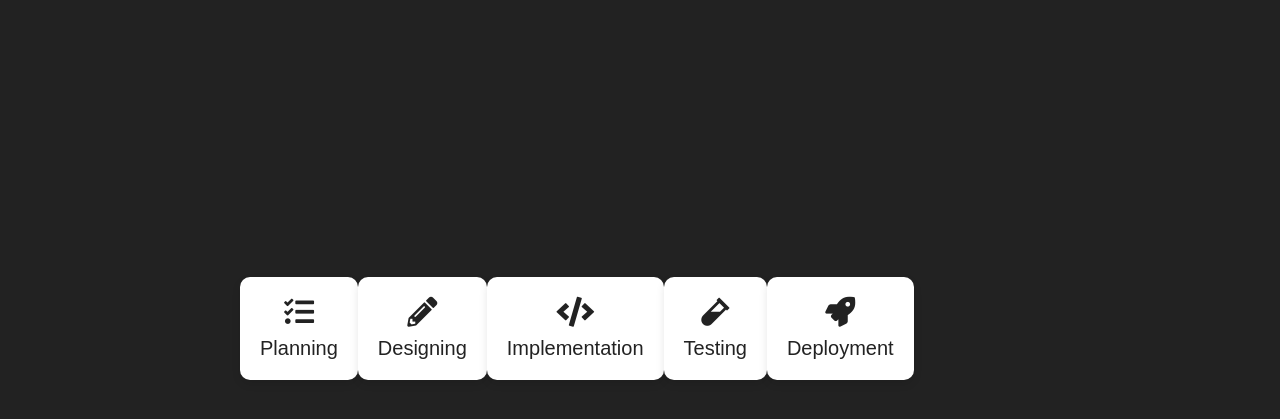
Repository: itsquadian/IT-SQUADIAN
Page: try.html
These files come from the project's save history. The page is drawn as it stood at one moment and after the next save; the edit follows.
The browser window is 1280 px wide. The pictures show the whole page.

Above is the page before, as saved 2024-04-13 20:19:21.

### try.html
<!DOCTYPE html>
<html lang="en">
<head>
<meta charset="UTF-8">
<meta name="viewport" content="width=device-width, initial-scale=1.0">
<title>Road Animation</title>
<link rel="stylesheet" href="https://cdnjs.cloudflare.com/ajax/libs/font-awesome/5.15.4/css/all.min.css">
<style>
    body {
        margin: 0;
        padding: 0;
        overflow: hidden;
        background-color: #222;
        color: #fff;
        font-family: Arial, sans-serif;
    }

    .road-container {
        position: relative;
        width: 100%;
        height: 400px;
        overflow: hidden;
        display: flex;
        align-items: center;
        justify-content: center;
    }

    .road-svg {
        width: 100%;
        height: auto;
    }

    .road-path {
        /* stroke: #fff; */
        stroke-width: 10;
    }

    .steps {
        position: absolute;
        bottom: 5%;
        display: flex;
        align-items: flex-end;
        width: 80%;
        max-width: 800px;
        font-size: 20px;
    }

    .step {
        text-align: center;
        opacity: 0;
        animation: appear 5s linear forwards;
        padding: 20px;
        border-radius: 10px;
        box-shadow: 0 4px 8px rgba(0, 0, 0, 0.1);
        position: relative;
        background-color: #fff; /* Set text color to white */
        color:#222;
        transition: all 0.5s ease; /* Add smooth transition */
    }

    .step i {
        font-size: 30px;
        margin-bottom: 10px;
    }

    @keyframes appear {
        0% { opacity: 0; transform: translate(-50px, -50px); } /* Initial position above and to the left */
        100% { opacity: 1; transform: translate(0, 0); } /* Final position */
    }

    .step:nth-child(2) { transform: translate(20px, 20px); }
    .step:nth-child(3) { transform: translate(40px, 40px); }
    .step:nth-child(4) { transform: translate(60px, 60px); }
    .step:nth-child(5) { transform: translate(80px, 80px); }
</style>
</head>
<body>
<div class="road-container">
    <svg class="road-svg" xmlns="http://www.w3.org/2000/svg" viewBox="0 0 800 100">
        <!-- Define your road path here -->
        <path class="road-path" d="M0 50 H800" />
    </svg>
    <div class="steps">
        <div class="step">
            <i class="fas fa-tasks"></i>
            <br>Planning
        </div>
        <div class="step">
            <i class="fas fa-pencil-alt"></i>
            <br>Designing
        </div>
        <div class="step">
            <i class="fas fa-code"></i>
            <br>Implementation
        </div>
        <div class="step">
            <i class="fas fa-vial"></i>
            <br>Testing
        </div>
        <div class="step">
            <i class="fas fa-rocket"></i>
            <br>Deployment
        </div>
    </div>
</div>

</body>
</html>

After the next save:
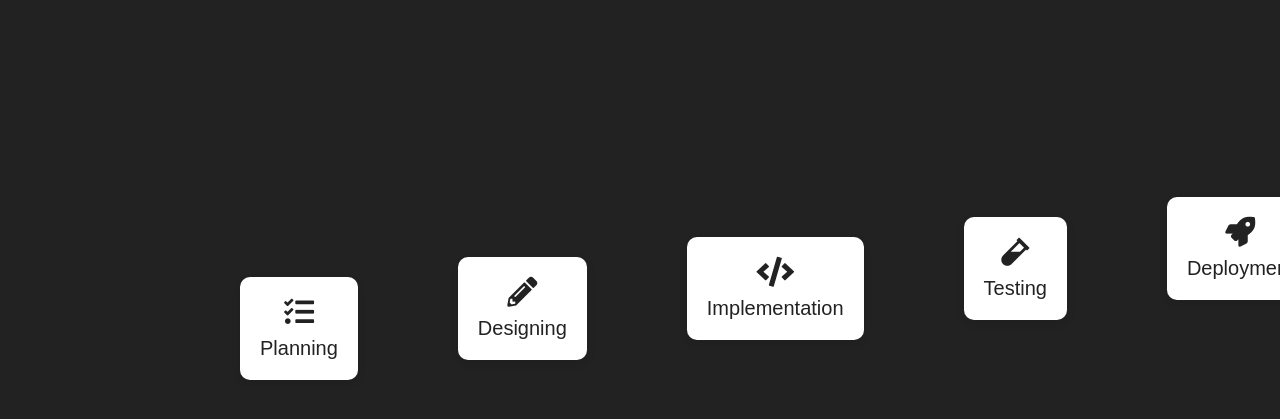
Saved 55 s later.
--- a/try.html
+++ b/try.html
@@ -47,8 +47,6 @@
 
     .step {
         text-align: center;
-        opacity: 0;
-        animation: appear 5s linear forwards;
         padding: 20px;
         border-radius: 10px;
         box-shadow: 0 4px 8px rgba(0, 0, 0, 0.1);
@@ -63,15 +61,11 @@
         margin-bottom: 10px;
     }
 
-    @keyframes appear {
-        0% { opacity: 0; transform: translate(-50px, -50px); } /* Initial position above and to the left */
-        100% { opacity: 1; transform: translate(0, 0); } /* Final position */
-    }
-
-    .step:nth-child(2) { transform: translate(20px, 20px); }
-    .step:nth-child(3) { transform: translate(40px, 40px); }
-    .step:nth-child(4) { transform: translate(60px, 60px); }
-    .step:nth-child(5) { transform: translate(80px, 80px); }
+    .step:nth-child(1) { left: 0; bottom: 0; }
+    .step:nth-child(2) { left: 100px; bottom: 20px; }
+    .step:nth-child(3) { left: 200px; bottom: 40px; }
+    .step:nth-child(4) { left: 300px; bottom: 60px; }
+    .step:nth-child(5) { left: 400px; bottom: 80px; }
 </style>
 </head>
 <body>
